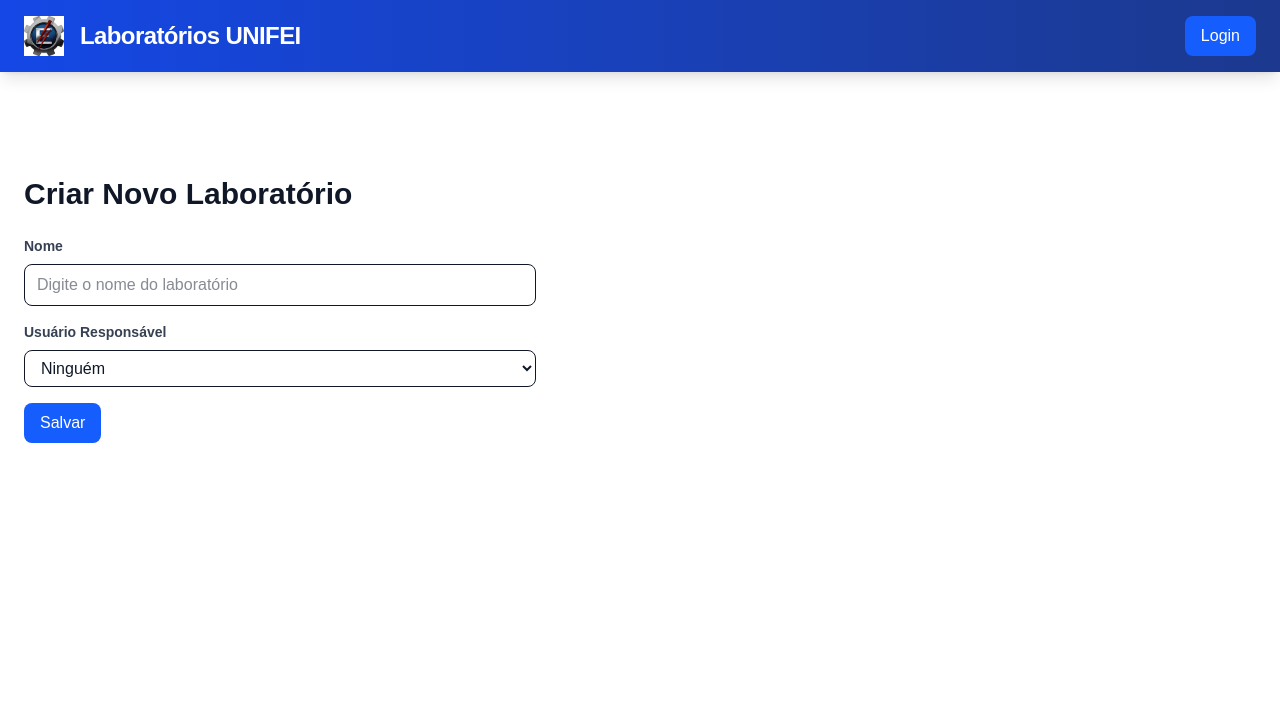
Repository: fabianosevla/gestao-labs
Page: /labs/laboratories/create (app in lab-management-system/)
An editor plug-in stored every save of this project. The page is shown before and after the next save, followed by the edit.
The browser window is 1280 px wide. The pictures show the whole page.
The page's requests for data from a server got no answer. The project was rebuilt for these pictures with package versions that can differ from the ones it lists, and the page was loaded fresh each time. The framework's server and built-in components were replaced by stand-ins that run in the browser. No one was signed in, and anything a server would have sent is missing. Also part of the build but not shown: lab-management-system/next.config.mjs.

Above is the page before, as saved 2025-05-13 17:47:10.

After the next save:
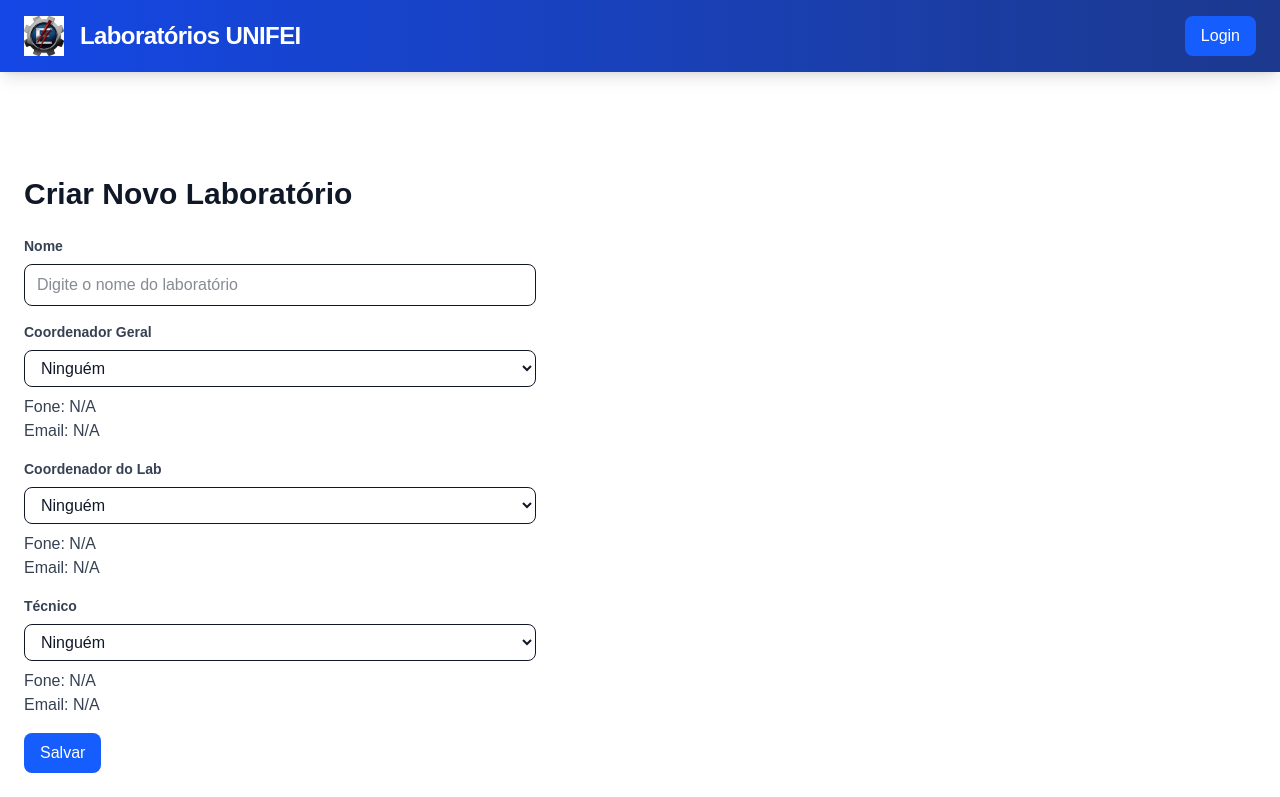
Saved 38 s later.
--- a/lab-management-system/app/labs/laboratories/create/page.js
+++ b/lab-management-system/app/labs/laboratories/create/page.js
@@ -2,21 +2,44 @@
 
 import { useState } from "react";
 import { useRouter } from "next/navigation";
-import { useLaboratories, useAdminUsers, useVisitorUsers, addLaboratory } from "../../../../lib/storage";
+import { useLaboratories, useAdminUsers, addLaboratory } from "../../../../lib/storage";
 
 export default function CreateLaboratory() {
     const router = useRouter();
     const [laboratories, setLaboratories, loading, refreshLaboratories] = useLaboratories();
     const [adminUsers, , adminLoading] = useAdminUsers();
-    const [visitorUsers, , visitorLoading] = useVisitorUsers();
     const [formData, setFormData] = useState({
         name: "",
-        userId: "",
+        generalCoordinatorId: "",
+        labCoordinatorId: "",
+        technicianId: "",
     });
+    const [generalCoordinatorInfo, setGeneralCoordinatorInfo] = useState({ phone: "", email: "" });
+    const [labCoordinatorInfo, setLabCoordinatorInfo] = useState({ phone: "", email: "" });
+    const [technicianInfo, setTechnicianInfo] = useState({ phone: "", email: "" });
 
     const handleChange = (e) => {
         const { id, value } = e.target;
         setFormData((prev) => ({ ...prev, [id]: value }));
+
+        // Atualizar informações de telefone e email automaticamente
+        const selectedAdmin = adminUsers.find((u) => u.id === parseInt(value));
+        if (id === "generalCoordinatorId") {
+            setGeneralCoordinatorInfo({
+                phone: selectedAdmin ? selectedAdmin.phone || "" : "",
+                email: selectedAdmin ? selectedAdmin.email || "" : "",
+            });
+        } else if (id === "labCoordinatorId") {
+            setLabCoordinatorInfo({
+                phone: selectedAdmin ? selectedAdmin.phone || "" : "",
+                email: selectedAdmin ? selectedAdmin.email || "" : "",
+            });
+        } else if (id === "technicianId") {
+            setTechnicianInfo({
+                phone: selectedAdmin ? selectedAdmin.phone || "" : "",
+                email: selectedAdmin ? selectedAdmin.email || "" : "",
+            });
+        }
     };
 
     const handleSubmit = async (e) => {
@@ -25,7 +48,9 @@
 
         const newLaboratory = {
             name: formData.name,
-            userId: formData.userId ? parseInt(formData.userId) : null, // Converte para inteiro ou null para "Ninguém"
+            generalCoordinatorId: formData.generalCoordinatorId ? parseInt(formData.generalCoordinatorId) : null,
+            labCoordinatorId: formData.labCoordinatorId ? parseInt(formData.labCoordinatorId) : null,
+            technicianId: formData.technicianId ? parseInt(formData.technicianId) : null,
         };
 
         await addLaboratory(newLaboratory);
@@ -33,14 +58,13 @@
         router.push("/labs/laboratories");
     };
 
-    if (loading || adminLoading || visitorLoading) {
+    if (loading || adminLoading) {
         return <div>Carregando dados...</div>;
     }
 
-    const allUsers = [
-        { id: "", name: "Ninguém" }, // Opção para "Ninguém"
+    const adminOptions = [
+        { id: "", name: "Ninguém" },
         ...adminUsers.map((u) => ({ id: u.id, name: u.name })),
-        ...visitorUsers.map((u) => ({ id: u.id, name: u.name })),
     ];
 
     return (
@@ -63,21 +87,67 @@
                     />
                 </div>
                 <div className="mb-4">
-                    <label className="block text-gray-700 text-sm font-bold mb-2" htmlFor="userId">
-                        Usuário Responsável
+                    <label className="block text-gray-700 text-sm font-bold mb-2" htmlFor="generalCoordinatorId">
+                        Coordenador Geral
                     </label>
                     <select
-                        id="userId"
-                        value={formData.userId}
+                        id="generalCoordinatorId"
+                        value={formData.generalCoordinatorId}
                         onChange={handleChange}
                         className="w-full px-3 py-2 border rounded-lg focus:outline-none focus:ring-2 focus:ring-blue-500 text-gray-900"
                     >
-                        {allUsers.map((user) => (
-                            <option key={user.id || "none"} value={user.id}>
-                                {user.name}
+                        {adminOptions.map((admin) => (
+                            <option key={admin.id || "none"} value={admin.id}>
+                                {admin.name}
                             </option>
                         ))}
                     </select>
+                    <div className="mt-2 text-gray-700">
+                        <p>Fone: {generalCoordinatorInfo.phone || "N/A"}</p>
+                        <p>Email: {generalCoordinatorInfo.email || "N/A"}</p>
+                    </div>
+                </div>
+                <div className="mb-4">
+                    <label className="block text-gray-700 text-sm font-bold mb-2" htmlFor="labCoordinatorId">
+                        Coordenador do Lab
+                    </label>
+                    <select
+                        id="labCoordinatorId"
+                        value={formData.labCoordinatorId}
+                        onChange={handleChange}
+                        className="w-full px-3 py-2 border rounded-lg focus:outline-none focus:ring-2 focus:ring-blue-500 text-gray-900"
+                    >
+                        {adminOptions.map((admin) => (
+                            <option key={admin.id || "none"} value={admin.id}>
+                                {admin.name}
+                            </option>
+                        ))}
+                    </select>
+                    <div className="mt-2 text-gray-700">
+                        <p>Fone: {labCoordinatorInfo.phone || "N/A"}</p>
+                        <p>Email: {labCoordinatorInfo.email || "N/A"}</p>
+                    </div>
+                </div>
+                <div className="mb-4">
+                    <label className="block text-gray-700 text-sm font-bold mb-2" htmlFor="technicianId">
+                        Técnico
+                    </label>
+                    <select
+                        id="technicianId"
+                        value={formData.technicianId}
+                        onChange={handleChange}
+                        className="w-full px-3 py-2 border rounded-lg focus:outline-none focus:ring-2 focus:ring-blue-500 text-gray-900"
+                    >
+                        {adminOptions.map((admin) => (
+                            <option key={admin.id || "none"} value={admin.id}>
+                                {admin.name}
+                            </option>
+                        ))}
+                    </select>
+                    <div className="mt-2 text-gray-700">
+                        <p>Fone: {technicianInfo.phone || "N/A"}</p>
+                        <p>Email: {technicianInfo.email || "N/A"}</p>
+                    </div>
                 </div>
                 <button
                     type="submit"
